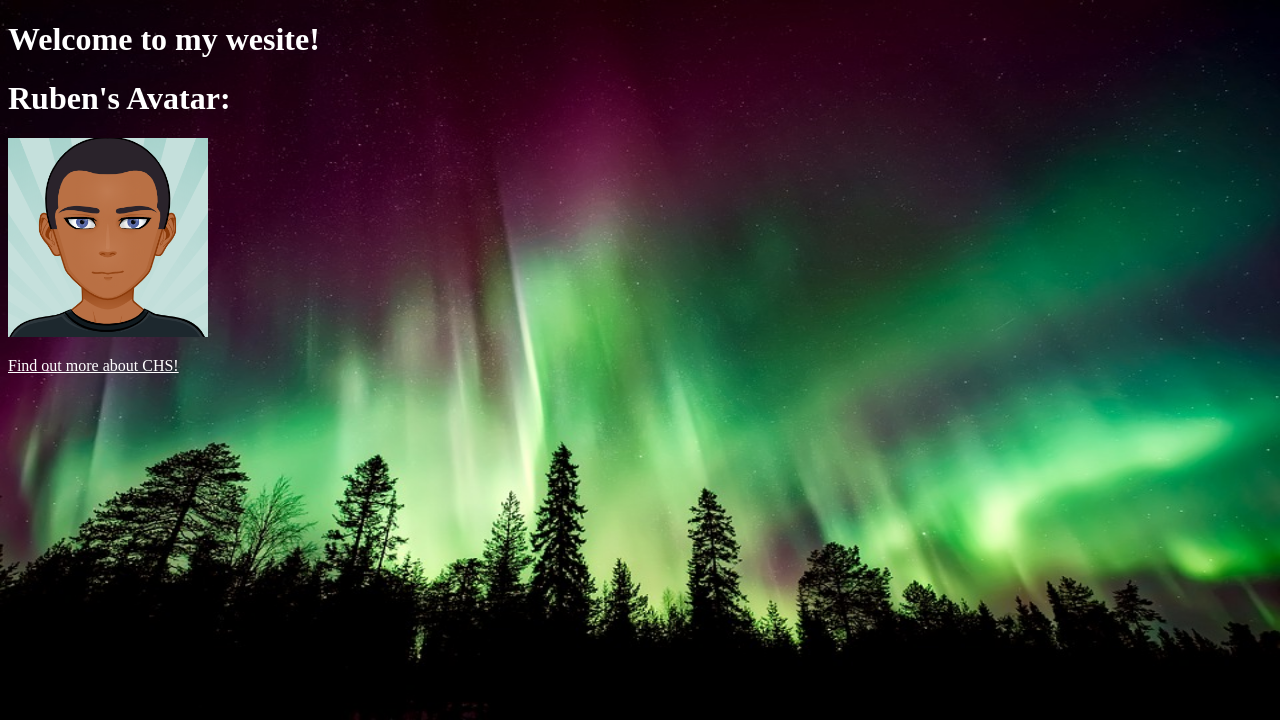
Repository: ruben-sys/ruben-sys.github.io
Page: index.html
The author's editor kept a record of every edit. The page is drawn from the files as they stood at one moment, then again after the next edit.
The browser window is 1280 px wide. The pictures show the whole page.

Above is the page before.

### index.html
<!DOCTYPE html>
<html>
<style>
body {
  background-image: url('northern.jpg');
  background-repeat: no-repeat;
  background-attachment: fixed;
  background-size: 100% 100%;
}
</style>


<h1 style="color:white;">Welcome to my wesite!</h1>

<h1 style="color:white;">Ruben's Avatar:</h1>


<img src="images/me.PNG" alt="me.PNG">
<p></p>
<a href="https://www.sandiegounified.org/schools/clairemont/" target="_blank" <h1 style="color:white;">Find out more about CHS!</</h1>

</body>
</html>

After the next edit:
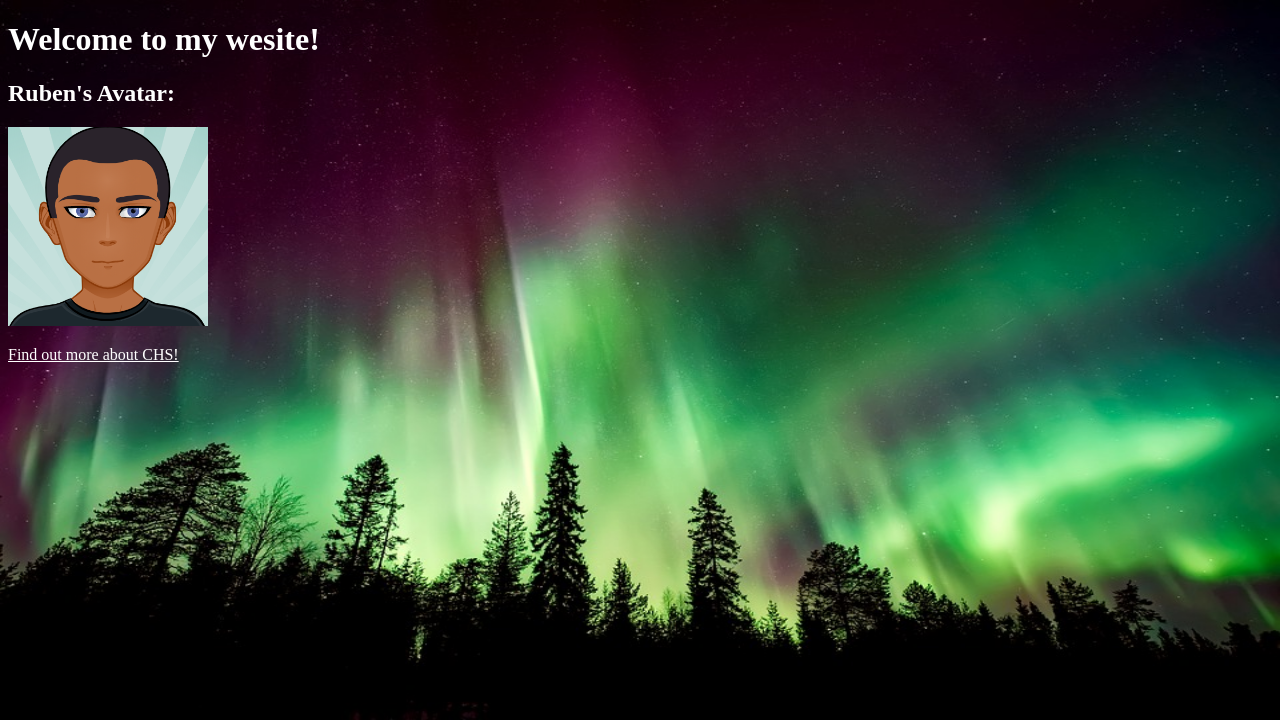
The edit:
--- a/index.html
+++ b/index.html
@@ -12,7 +12,7 @@
 
 <h1 style="color:white;">Welcome to my wesite!</h1>
 
-<h1 style="color:white;">Ruben's Avatar:</h1>
+<h2 style="color:white;">Ruben's Avatar:</h2>
 
 
 <img src="images/me.PNG" alt="me.PNG">
